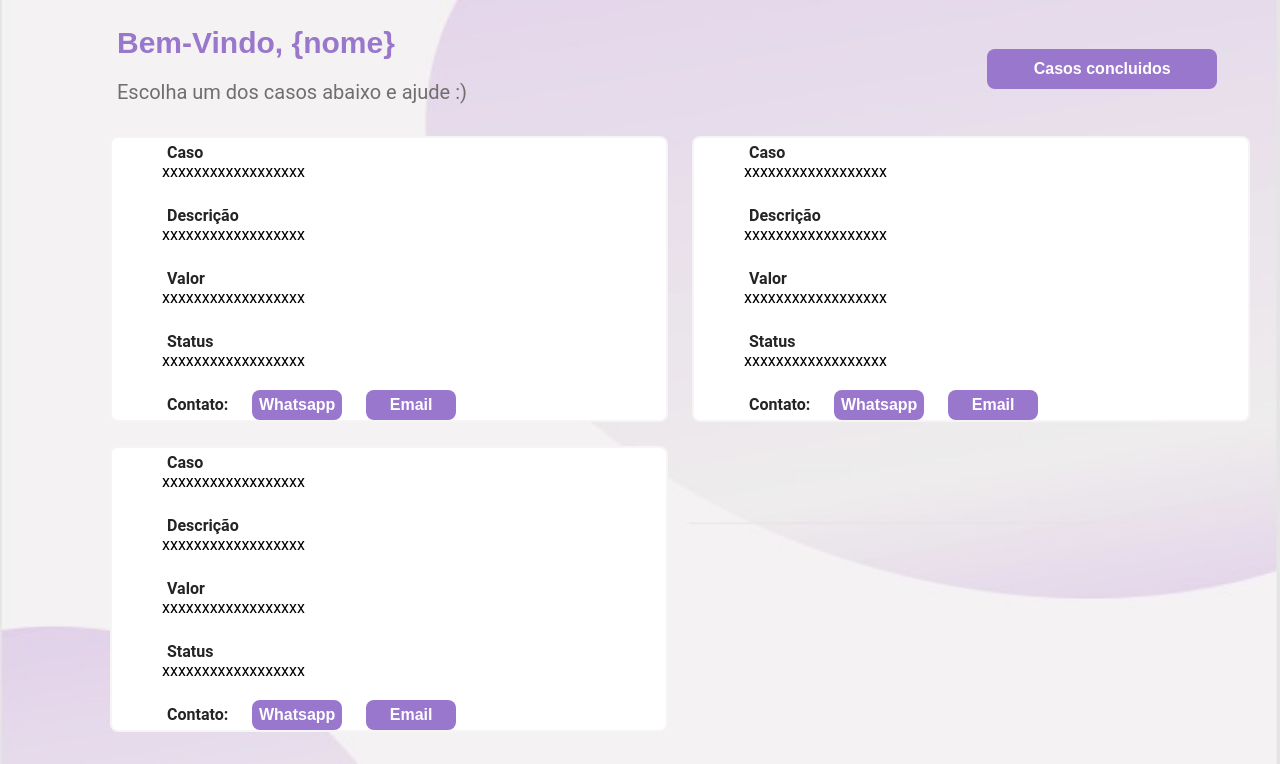
Repository: Dirlandia404/Casos
Page: src/pages/casosConcluidos.html
The author's editor kept a copy of each file at every save. The page is drawn from the files as they stood at one save, then again after the next save.
The browser window is 1280 px wide. The pictures show the whole page.

Above is the page before, as saved 2021-07-16 22:58:49.

### src/pages/casosConcluidos.html
<!DOCTYPE html>
<html lang="en">
<head>
    <meta charset="UTF-8">
    <meta http-equiv="X-UA-Compatible" content="IE=edge">
    <meta name="viewport" content="width=device-width, initial-scale=1.0">
    <title>Casos Concluidos</title>

    <link rel="stylesheet" href="/src/style/casos.css">
    <link rel="stylesheet" href="/src/style/midia.css">
</head>
<body>
    <h6>Bem-Vindo, {nome}</h6>
    <header>

        <p>Escolha um dos casos abaixo e ajude :)</p>
        <a href="/src/pages/casosConcluidos.html">
            <button>Casos concluidos</button>
        </a>

    </header>

       <div id="box-casos">
           <ul>
               <li>
                   <div class="dados">
                       <strong>Caso </strong>
                       <h7>xxxxxxxxxxxxxxxxxx</h7>
                       <strong>Descrição</strong>
                       <h7>xxxxxxxxxxxxxxxxxx</h7>
                       <strong>Valor</strong>
                       <h7>xxxxxxxxxxxxxxxxxx</h7>
                       <strong>Status</strong>
                       <h7>xxxxxxxxxxxxxxxxxx</h7>
                       <div id="fieldset">
                           <strong>Contato:</strong>
                           <button>Whatsapp</button>
                           <button>Email</button>
                       </div>

                   </div>

               </li>
               <li>
                <div class="dados">
                    <strong>Caso </strong>
                    <h7>xxxxxxxxxxxxxxxxxx</h7>
                    <strong>Descrição</strong>
                    <h7>xxxxxxxxxxxxxxxxxx</h7>
                    <strong>Valor</strong>
                    <h7>xxxxxxxxxxxxxxxxxx</h7>
                    <strong>Status</strong>
                    <h7>xxxxxxxxxxxxxxxxxx</h7>
                    <div id="fieldset">
                        <strong>Contato:</strong>
                        <button>Whatsapp</button>
                        <button>Email</button>
                    </div>

                </div>

            </li>
            <li>
                <div class="dados">
                    <strong>Caso </strong>
                    <h7>xxxxxxxxxxxxxxxxxx</h7>
                    <strong>Descrição</strong>
                    <h7>xxxxxxxxxxxxxxxxxx</h7>
                    <strong>Valor</strong>
                    <h7>xxxxxxxxxxxxxxxxxx</h7>
                    <strong>Status</strong>
                    <h7>xxxxxxxxxxxxxxxxxx</h7>
                    <div id="fieldset">
                        <strong>Contato:</strong>
                        <button>Whatsapp</button>
                        <button>Email</button>
                    </div>

                </div>

            </li>


           </ul>

       </div>

</body>
</html>

### src/style/casos.css
h6{
    margin-top: 2%;
    margin-left: 117px;
    margin-bottom: 20px;
    font-size: 30px;
    color: #9877CD;
}

header{
    display: flex;
    justify-content: space-between;
}

header p{
    margin-left: 117px;

    font-size: 20px;
    color: #726e6e;
}
header a{
    font-size: 500%;
    margin-top: -80px;
    margin-right: 1%;
}
header button{
    width: 230px;
    height: 40px;
    background-color: #9877CD;
    border-radius: 8px;
    color: white;
    font-weight: bold;
    font-size: 16px;
    border: 0;
    margin-left: 160px;
    margin-right: 50px;
    transition: 400ms;
}


#box-casos{
    width: 100%;
    padding: 0 30px;
    margin: 32px auto;
}

#box-casos .dados{
    display: flex;
    flex-direction: column;
    width: 70%;
}
#box-casos ul{
    margin-left: 80px;
    display: grid;
    grid-template-columns: 1fr 1fr;
    grid-gap: 24px;
    list-style: none;
}


#box-casos ul li{
    background-color: white;
    border: 2px solid  #f5f5f5;
    border-radius: 8px;
    height: 100%;
    width:100%;
    font-size: 16px;
}

#box-casos ul li strong{
    margin-top: 5px;
    font-size: 15px;
    margin-left: 5px;
}

#box-casos ul li strong{
    color: #242424;
    font-size: 16px;
    font-style: bold;
}

h7{
    margin-bottom: 20px;
}

.dados{

    margin-left: 50px;

    display: flex;
    justify-content: space-between;
}

#fieldset button{
    width: 90px;
    height: 30px;
    background-color: #9877CD;
    border-radius: 8px;
    color: white;
    font-weight: bold;
    font-size: 16px;
    border: 0;
    margin-left: 20px;


}

### src/style/midia.css
@media(max-width: 900px){
    #page-home{
        background-position-x: 70vw;
    }
    #page-home .content{
        align-items: center;
        text-align: center;

    }

    #page-home main{
        align-items: center;
    }

}
@media(min-width:1700px){
    #page-home, #page-login{
        background-position-x: 40vw;
    }

}
@media(max-height:760px){
    #page-home, #page-login{
        background-position-y: 200px;
    }
}

*{
    margin: 0;
    padding: 0;
    box-sizing: border-box;
}
html{
    font-family: 'Roboto', sans-serif;

}
body{
    background: #E5E5E5;
    -webkit-font-smoothing: antialiased;
    background-image: url("/public/fundo.jpeg");

    background-repeat: no-repeat;
    background-size:cover;

}

a{
    text-decoration: none;

}
a:hover{
    text-decoration: underline;
}
h1, h2, h3,h4, h5, h6{
    font-family: sans-serif;
}

After the next save:
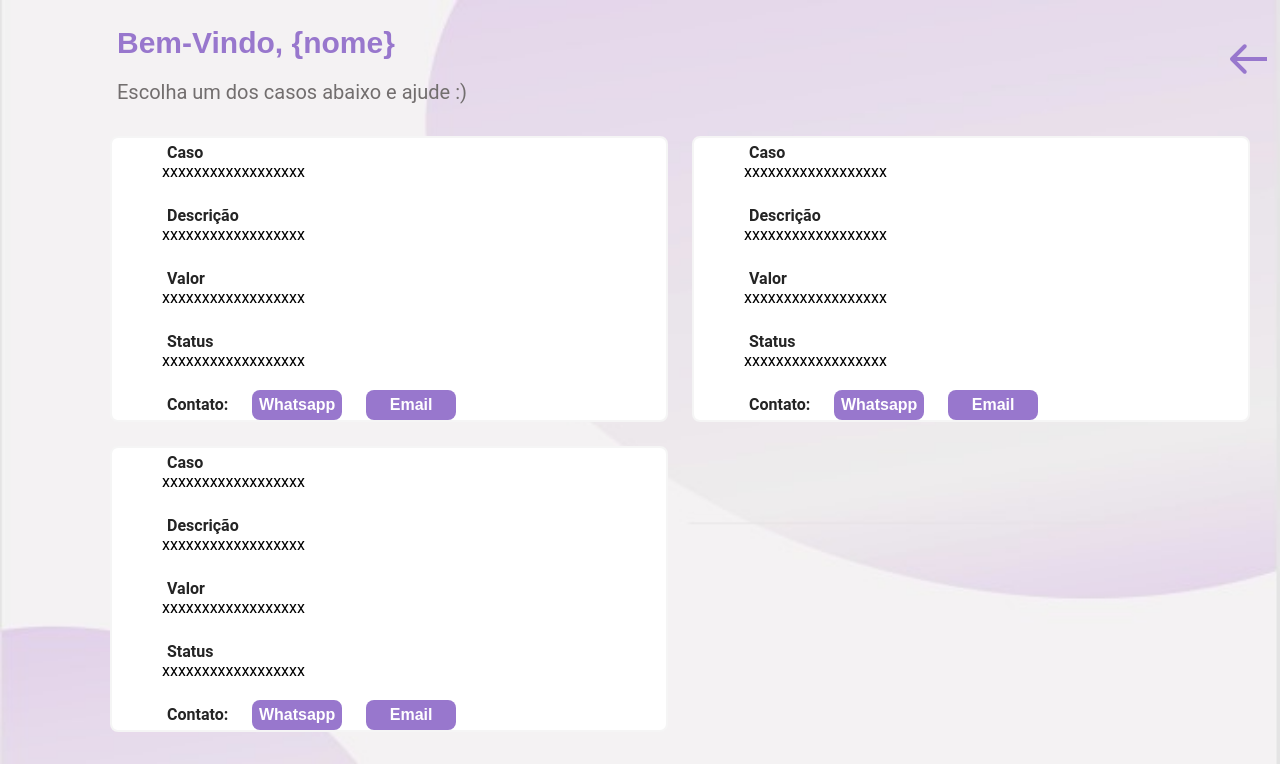
Saved 54 s later.
--- a/src/pages/casosConcluidos.html
+++ b/src/pages/casosConcluidos.html
@@ -15,7 +15,7 @@
 
         <p>Escolha um dos casos abaixo e ajude :)</p>
         <a href="/src/pages/casosConcluidos.html">
-            <button>Casos concluidos</button>
+           <img src="/public/Arrow 1.svg" alt="Voltar">
         </a>
 
     </header>
